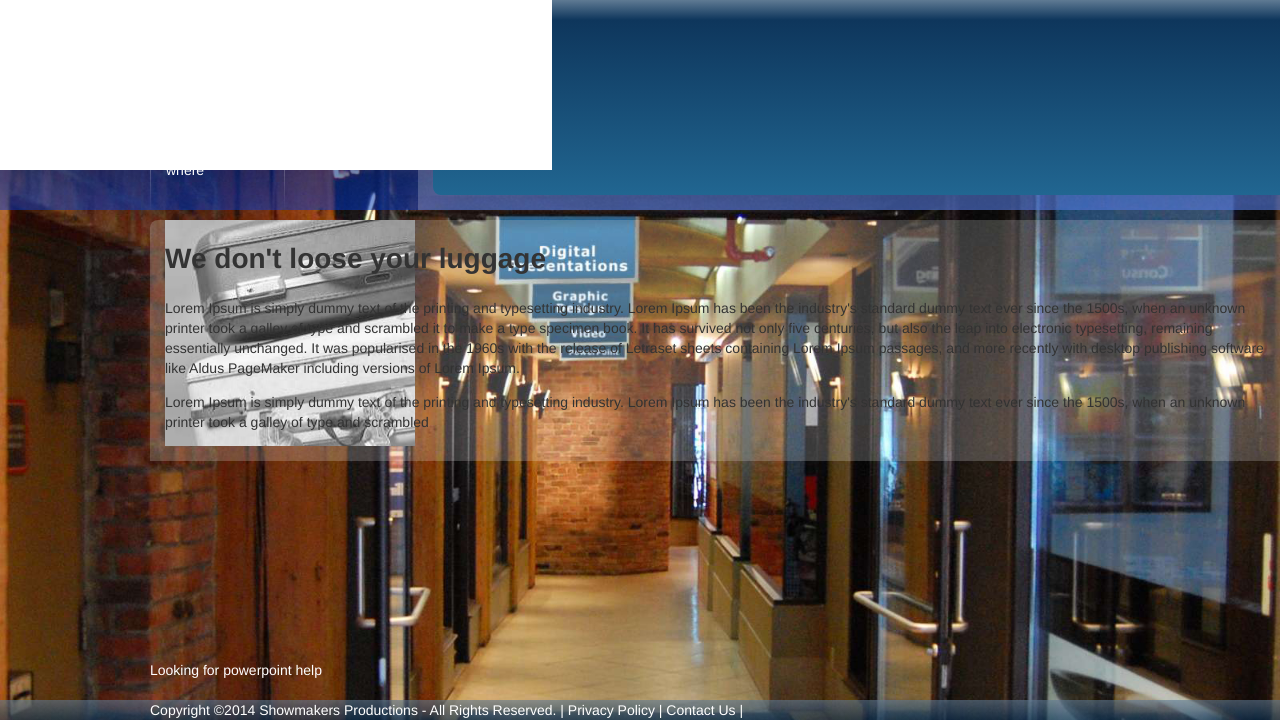
Repository: EddieMachete/showmakers
Page: index.html
The author's editor kept a record of every edit. The page is drawn from the files as they stood at one moment, then again after the next edit.
The browser window is 1280 px wide. The pictures show the whole page.

Above is the page before.
Console error: TypeError: Cannot read properties of undefined (reading 'querySelector')

### index.html
<!doctype html>
<html>
<head>
    <meta charset="UTF-8">
    <title>Vancouver PowerPoint Presentations, Templates, Web Design, Video Production | ShowMakers Productions</title>
    <meta name="description" content="Vancouver PowerPoint and multimedia production company specializing in corporate PowerPoint templates, PowerPoint design and video presentations" />
    <!-- Styles -->
    <!--link rel="stylesheet" type="text/css" href="Css/bootstrap.min.css" /-->
    <link rel="stylesheet" type="text/css" href="Css/main.css" />
    <link rel="stylesheet" type="text/css" href="Css/animations.css" />
    <link rel="stylesheet" type="text/css" href="Css/WhiteFlashAnimation.css" />
    <link rel="stylesheet" type="text/css" href="Css/ContentTransitionAnimation.css" />
    <link rel="stylesheet" type="text/css" href="Css/OurPhilosophyBannerAnimation.css" />
    <link rel="stylesheet" type="text/css" href="Css/OurPhilosophyContentAnimation.css" />
    <link rel="stylesheet" type="text/css" href="Css/WhatWeDoBannerAnimation.css" />
    <link rel="stylesheet" type="text/css" href="Css/OurProcessBannerAnimation.css" />
    <link rel="stylesheet" type="text/css" href="Css/OurServicesBannerAnimation.css" />
    <link rel="stylesheet" type="text/css" href="Css/WhatsNewBannerAnimation.css" />
    <!-- Templates -->
    <link id="WhiteFlashTemplate" rel="import" href="WhiteFlash.html" />
    <!-- Who -->
    <link id="WhoWeAreBannerTemplate" rel="import" href="WhoWeAreBanner.html" />
    <link id="OurPhilosophyBannerTemplate" rel="import" href="OurPhilosophyBanner.html" />
    <link id="OurPhilosophyContentTemplate" rel="import" href="OurPhilosophyContent.html" />
    <!-- What -->
    <link id="WhatWeDoBannerTemplate" rel="import" href="WhatWeDoBanner.html" />
    <link id="OurProcessBannerTemplate" rel="import" href="OurProcessBanner.html" />
    <link id="OurServicesBannerTemplate" rel="import" href="OurServicesBanner.html" />
    <link id="WhatsNewBannerTemplate" rel="import" href="WhatsNewBanner.html" />
    <!-- Scripts -->
    <script type="text/javascript" src="Scripts/GoogleAnalytics.js"></script>
    <script type="text/javascript" src="Scripts/jquery.js"></script>
    <script type="text/javascript" src="Scripts/Index/IndexMain.js"></script>
    <!-- End Google analytics -->
</head>
<body class="office-background background-cover">
	<div class="l-page-header translucent-gradient">
    	<div class="l-navigation padded-left">
        	<ul class="sections navigation-block list-unstyled text-lowercase left-border-width-gradient text-white">
            	<li class="tall is-selected" data-controller="Page" data-name="NavWho">
                	<div class="underline">
                    	Who <span class="navigation-highlight-padded text-orange text-roboto-thin">we are</span>
                    </div>
                </li>
                <li class="tall" data-controller="Page" data-name="NavWhat">
                	<div class="underline">What</div>
                </li>
                <li class="tall">
                	<div class="underline">Why</div>
                </li>
                <li class="tall">
                	<div class="underline">Where</div>
                </li>
            </ul>
            <div class="navigation-block text-lowercase left-border-width-gradient text-white">
            	<ul class="sub-sections list-unstyled is-active is-expanded"
            	    data-controller="Page" data-name="SubSectionWho">
                	<li class="tall is-selected" data-controller="Page" data-name="NavWhoWeAre">
                    	<div class="underline">Who we are</div>
                    </li>
                    <li class="tall" data-controller="Page" data-name="NavOurPhilosophy">
                    	<div class="underline">Our philosophy</div>
                    </li>
                    <li class="tall">
                    	<div class="underline">Our people</div>
                    </li>
                </ul>
            	<ul class="sub-sections list-unstyled"
            	    data-controller="Page" data-name="SubSectionWhat">
                	<li class="tall" data-controller="Page" data-name="NavWhatWeDo">
                    	<div class="underline">What we do</div>
                    </li>
                    <li class="tall" data-controller="Page" data-name="NavOurProcess">
                    	<div class="underline">Our process</div>
                    </li>
                    <li class="tall" data-controller="Page" data-name="NavOurServices">
                    	<div class="underline">Our services</div>
                    </li>
                    <li class="tall" data-controller="Page" data-name="NavWhatsNew">
                    	<div class="underline">What&apos;s new</div>
                    </li>
                </ul>
            </div>
            <div class="frosted-glass content">
            	<div class="readable-gradient bottom-left-round-corners-8" data-controller="Page" data-name="Banner"></div>
            </div>
        </div>
    </div>
    <div class="main-content padded-left frosted-glass top-left-round-corners-8">
        <!-- ----- Our Philosophy ----- -->
        <div class="top-left-round-corners-8">

            <!-- ----- Content Transition ----- -->
            <div class="content-transition">
                <div class="left">
                    <div class="mask collapsible">
                        <div class="transition-border expandable float-left"></div>
                    </div>
                </div>
                <div class="right">
                    <div class="mask collapsible">
                        <div class="transition-border expandable"></div>
                    </div>
                </div>
            </div>
        </div>
        <div class="our-philosophy-content">
            <div class="message">
                <h1>We don&apos;t loose your luggage</h1>
                <p>
                    Lorem Ipsum is simply dummy text of the printing and typesetting industry. Lorem Ipsum has been the industry's standard dummy text ever since the 1500s, when an unknown printer took a galley of type and scrambled it to make a type specimen book. It has survived not only five centuries, but also the leap into electronic typesetting, remaining essentially unchanged. It was popularised in the 1960s with the release of Letraset sheets containing Lorem Ipsum passages, and more recently with desktop publishing software like Aldus PageMaker including versions of Lorem Ipsum.
                </p>
                <p>
                    Lorem Ipsum is simply dummy text of the printing and typesetting industry. Lorem Ipsum has been the industry's standard dummy text ever since the 1500s, when an unknown printer took a galley of type and scrambled
                </p>
            </div>
        </div>
    </div>
    <div class="l-power-point-section">
    	<div class="padded-left text-white">
        	Looking for powerpoint help
        </div>
    </div>
    <div class="l-footer">
    	<div class="padded-left text-white">
        	Copyright &copy;2014 Showmakers Productions - All Rights Reserved. | Privacy Policy | Contact Us |
        </div>
    </div>
</body>
</html>

### Css/animations.css
.animation {
    display:none;
}

.animation.is-animated {
    display: block;
}

/* --- logo-and-stars-transition ------------------------------- */
/* Chrome, Safari, Opera */
@-webkit-keyframes logo-and-stars-transition {
    from {
        bottom: 300px;
        left: 600px
    }
    to {
        bottom: -20px;
        left: 300px
    }
}

/* Standard syntax */
@keyframes logo-and-stars-transition {
    from {
        bottom: 300px;
        left: 600px
    }
    to {
        bottom: -20px;
        left: 300px
    }
}



/* --- logo-and-stars-shake ------------------------------- */
@-webkit-keyframes logo-and-stars-shake {
    from { background-position-x: 0;}
    to {background-position-x: 3px;}
}


@keyframes logo-and-stars-shake {
    from { background-position-x: 0;}
    to {background-position-x: 3px;}
}



/* --- slide-in-left ------------------------------- */
@-webkit-keyframes slide-in-left {
    from {
       margin-left: 120px;
       opacity: 0;
    }
    to {
        margin-left: 0;
        opacity: 1;
    }
}

@keyframes slide-in-left {
    from {
       margin-left: 120px;
       opacity: 0;
    }
    to {
        margin-left: 0;
       opacity: 1;
    }
}

### Css/ContentTransitionAnimation.css
.main-content .content-transition .transition-border.expandable {
	-webkit-animation: transition-border-expand-frames 2s forwards;
	animation: transition-border-expand-frames 2s forwards;

	-webkit-animation-delay: 5s;
	animation-delay: 5s;
}

.main-content .content-transition .left .mask.collapsible {
	-webkit-animation: left-mask-collapse-frames 800ms forwards;
	animation: left-mask-collapse-frames 800ms forwards;

	-webkit-animation-delay: 5500ms;
	animation-delay: 5500ms;
}

.main-content .content-transition .right .mask.collapsible {
	-webkit-animation: right-mask-collapse-frames 800ms forwards;
	animation: right-mask-collapse-frames 800ms forwards;

	-webkit-animation-delay: 5500ms;
	animation-delay: 5500ms;
}



/* --- transition-border-expand-frames ------------------------------- */
@-webkit-keyframes transition-border-expand-frames {
    0% {
       height: 0px;
       margin-top: 170px;
    }
    20%, 80% {
        height: 340px;
        margin-top: 0;
    }
    80% {
        height: 340px;
        margin-top: 0;
    }
    100% {
        height: 0px;
        margin-top: 170px;
    }
}

@keyframes transition-border-expand-frames {
    0% {
       height: 0px;
       margin-top: 170px;
    }
    20%, 80% {
        height: 340px;
        margin-top: 0;
    }
    80% {
        height: 340px;
        margin-top: 0;
    }
    100% {
        height: 0px;
        margin-top: 170px;
    }
}



/* --- left-mask-collapse-frames ------------------------------- */
@-webkit-keyframes left-mask-collapse-frames {
    0% {
        width: 252px;
    }
    100% {
        width: 2px;
    }
}

@keyframes left-mask-collapse-frames {
    0% {
        width: 252px;
    }
    100% {
        width: 2px;
    }
}



/* --- right-mask-collapse-frames ------------------------------- */
@-webkit-keyframes right-mask-collapse-frames {
    0% {
        width: 552px;
    }
    100% {
        width: 2px;
    }
}

@keyframes right-mask-collapse-frames {
    0% {
        width: 552px;
    }
    100% {
        width: 2px;
    }
}

### Css/OurPhilosophyBannerAnimation.css
.our-philosophy-banner {
    height: 195px;
    overflow: hidden;
    position: relative;
}

.our-philosophy-banner .text {
    font-size: 22pt;
	font-weight: bold;
    margin: 60px 0 0 20px;
}

.our-philosophy-banner .text .text-one {
    display: inline-block;
    margin-left: 120px;
    opacity: 0;
}

.our-philosophy-banner .text .text-two {
    display: inline-block;
    margin-left: 120px;
    opacity: 0;
}

.our-philosophy-banner .text .text-three {
    display: inline-block;
    margin-left: 120px;
    opacity: 0;
}

.our-philosophy-banner.is-animated .text .text-one-animation {
    -webkit-animation: slide-in-left 500ms forwards; /* Chrome, Safari, Opera */
    animation: slide-in-left 500ms forwards;

    -webkit-animation-delay: 1s; /* Chrome, Safari, Opera */
    animation-delay: 1s;
}

.our-philosophy-banner.is-animated .text .text-two-animation {
    -webkit-animation: slide-in-left 500ms forwards; /* Chrome, Safari, Opera */
    animation: slide-in-left 500ms forwards;

    -webkit-animation-delay: 1300ms; /* Chrome, Safari, Opera */
    animation-delay: 1300ms;
}

.our-philosophy-banner.is-animated .text .text-three-animation {
    -webkit-animation: slide-in-left 500ms forwards; /* Chrome, Safari, Opera */
    animation: slide-in-left 500ms forwards;

    -webkit-animation-delay: 1600ms; /* Chrome, Safari, Opera */
    animation-delay: 1600ms;
}

.our-philosophy-banner .logo-and-stars {
    bottom: 300px;
    left: 600px;
    position: absolute;
}

.our-philosophy-banner.is-animated .logo-and-stars-animation {
    -webkit-animation: logo-and-stars-transition 1s forwards; /* Chrome, Safari, Opera */
    animation: logo-and-stars-transition 1s forwards;

    -webkit-animation-delay: 2s; /* Chrome, Safari, Opera */
    animation-delay: 2s;
}

.our-philosophy-banner .logo-and-stars .stars {
    background: no-repeat url('../Images/Animations/OurPhilosophy/stars-1.png');
    height: 295px;
    width: 318px;

    -webkit-animation: logo-and-stars-shake .1s infinite;
    animation: logo-and-stars-shake .1s infinite;
}

.our-philosophy-banner .logo-and-stars .show-makers {
    margin: 84px 0 0 80px;
}

### Css/OurPhilosophyContentAnimation.css
.our-philosophy-content {
    background: no-repeat url('../Images/our-philosophy-content.jpg');
    overflow: hidden;
}

### Css/WhatWeDoBannerAnimation.css
.what-we-do-banner {
    margin: 20px;
    max-width: 501px;
}

### Css/OurProcessBannerAnimation.css
.our-process-banner {
    position: relative;
}

.our-process-banner .graphic {
    left: 240px;
    position: absolute;
    top: 10px;
}

.our-process-banner .text {
    /*display: inline-block;*/
    /*float: left;*/
    font-size: 15pt;
    font-weight: bold;
    margin: 20px 0 0 25px;
    /*overflow: hidden;
    width: 160px;*/
}

.our-process-banner .text .line {
    line-height: 29pt;
    opacity: 0;
}

.our-process-banner.is-animated .text .text-one-animation {
    -webkit-animation: slide-in-left 500ms forwards; /* Chrome, Safari, Opera */
    animation: slide-in-left 500ms forwards;

    -webkit-animation-delay: 1s; /* Chrome, Safari, Opera */
    animation-delay: 1s;
}

.our-process-banner.is-animated .text .text-two-animation {
    -webkit-animation: slide-in-left 500ms forwards; /* Chrome, Safari, Opera */
    animation: slide-in-left 500ms forwards;

    -webkit-animation-delay: 1300ms; /* Chrome, Safari, Opera */
    animation-delay: 1300ms;
}

.our-process-banner.is-animated .text .text-three-animation {
    -webkit-animation: slide-in-left 500ms forwards; /* Chrome, Safari, Opera */
    animation: slide-in-left 500ms forwards;

    -webkit-animation-delay: 1600ms; /* Chrome, Safari, Opera */
    animation-delay: 1600ms;
}

.our-process-banner.is-animated .text .text-four-animation {
    -webkit-animation: slide-in-left 500ms forwards; /* Chrome, Safari, Opera */
    animation: slide-in-left 500ms forwards;

    -webkit-animation-delay: 1900ms; /* Chrome, Safari, Opera */
    animation-delay: 1900ms;
}

### Css/WhatsNewBannerAnimation.css
.whats-new-banner .text {
    /*display: inline-block;*/
    /*float: left;*/
    font-size: 15pt;
    /*font-weight: bold;*/
    margin: 40px 0 0 25px;
    /*overflow: hidden;*/
    width: 260px;
}

.whats-new-banner .text .quote {
    font-size: 10pt;
    margin-top: 15px;
}

.whats-new-banner .sprite-animation .slide {
    left: 379px;
    position: absolute;
    top: 25px;
    opacity: 0;

    -webkit-transition: opacity 800ms;
}

.whats-new-banner .sprite-animation .slide.is-visible {
    /*-webkit-animation:  fade-in-frames 800ms;*/
    opacity: 1;
}

.whats-new-banner .sprite-animation .top-image {
    left: 240px;
    position: absolute;
    top: 10px;
    z-index: 5;
}

.l-page-header .white-flash {
    z-index: 10;
}



/* --- what-we-do-shiner-light ------------------------------- */
@-webkit-keyframes fade-in-frames {
    0% {
        opacity: 0;
    }
    100% {
        opacity: 1;
    }
}

@keyframes fade-in-frames {
    0% {
        opacity: 0;
    }
    100% {
        opacity: 1;
    }
}

Loaded but not shown: Scripts/jquery.js (library); Scripts/Index/IndexMain.js (128 lines, source omitted); Scripts/GoogleAnalytics.js (9 lines, source omitted); Css/main.css (348 lines, source omitted); Css/OurServicesBannerAnimation.css (no copy from this time; the picture is the same without it); Css/WhiteFlashAnimation.css (no copy from this time; the picture is the same without it)

After the next edit:
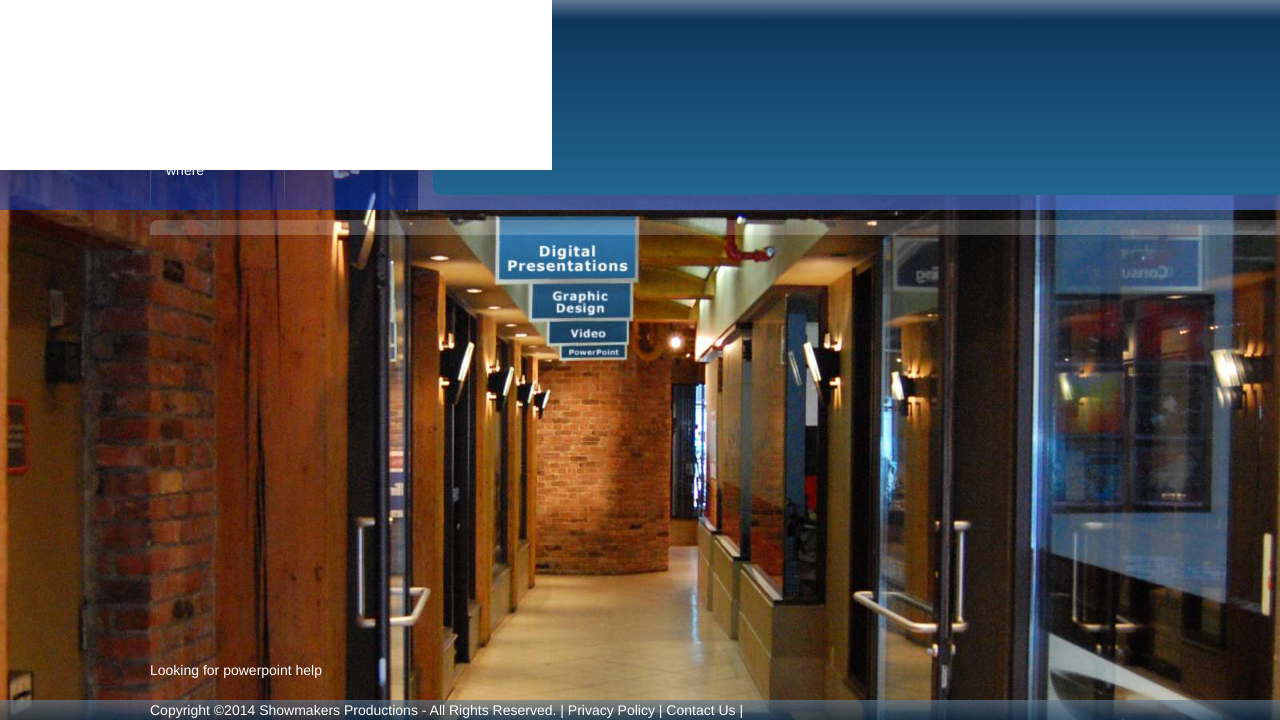
The edit:
--- a/index.html
+++ b/index.html
@@ -104,17 +104,7 @@
                 </div>
             </div>
         </div>
-        <div class="our-philosophy-content">
-            <div class="message">
-                <h1>We don&apos;t loose your luggage</h1>
-                <p>
-                    Lorem Ipsum is simply dummy text of the printing and typesetting industry. Lorem Ipsum has been the industry's standard dummy text ever since the 1500s, when an unknown printer took a galley of type and scrambled it to make a type specimen book. It has survived not only five centuries, but also the leap into electronic typesetting, remaining essentially unchanged. It was popularised in the 1960s with the release of Letraset sheets containing Lorem Ipsum passages, and more recently with desktop publishing software like Aldus PageMaker including versions of Lorem Ipsum.
-                </p>
-                <p>
-                    Lorem Ipsum is simply dummy text of the printing and typesetting industry. Lorem Ipsum has been the industry's standard dummy text ever since the 1500s, when an unknown printer took a galley of type and scrambled
-                </p>
-            </div>
-        </div>
+
     </div>
     <div class="l-power-point-section">
     	<div class="padded-left text-white">

After the edit that followed:
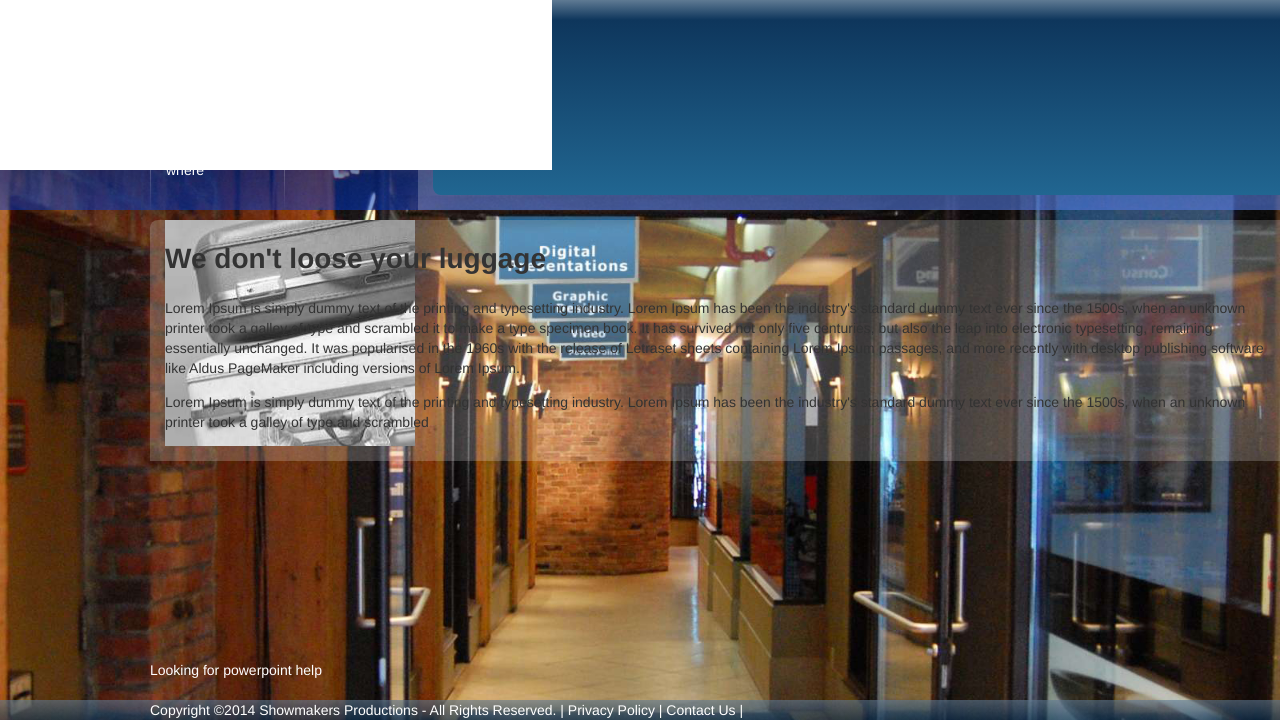
The edit:
--- a/index.html
+++ b/index.html
@@ -89,7 +89,17 @@
     <div class="main-content padded-left frosted-glass top-left-round-corners-8">
         <!-- ----- Our Philosophy ----- -->
         <div class="top-left-round-corners-8">
-
+            <div class="our-philosophy-content">
+                <div class="message">
+                    <h1>We don&apos;t loose your luggage</h1>
+                    <p>
+                        Lorem Ipsum is simply dummy text of the printing and typesetting industry. Lorem Ipsum has been the industry's standard dummy text ever since the 1500s, when an unknown printer took a galley of type and scrambled it to make a type specimen book. It has survived not only five centuries, but also the leap into electronic typesetting, remaining essentially unchanged. It was popularised in the 1960s with the release of Letraset sheets containing Lorem Ipsum passages, and more recently with desktop publishing software like Aldus PageMaker including versions of Lorem Ipsum.
+                    </p>
+                    <p>
+                        Lorem Ipsum is simply dummy text of the printing and typesetting industry. Lorem Ipsum has been the industry's standard dummy text ever since the 1500s, when an unknown printer took a galley of type and scrambled
+                    </p>
+                </div>
+            </div>
             <!-- ----- Content Transition ----- -->
             <div class="content-transition">
                 <div class="left">
